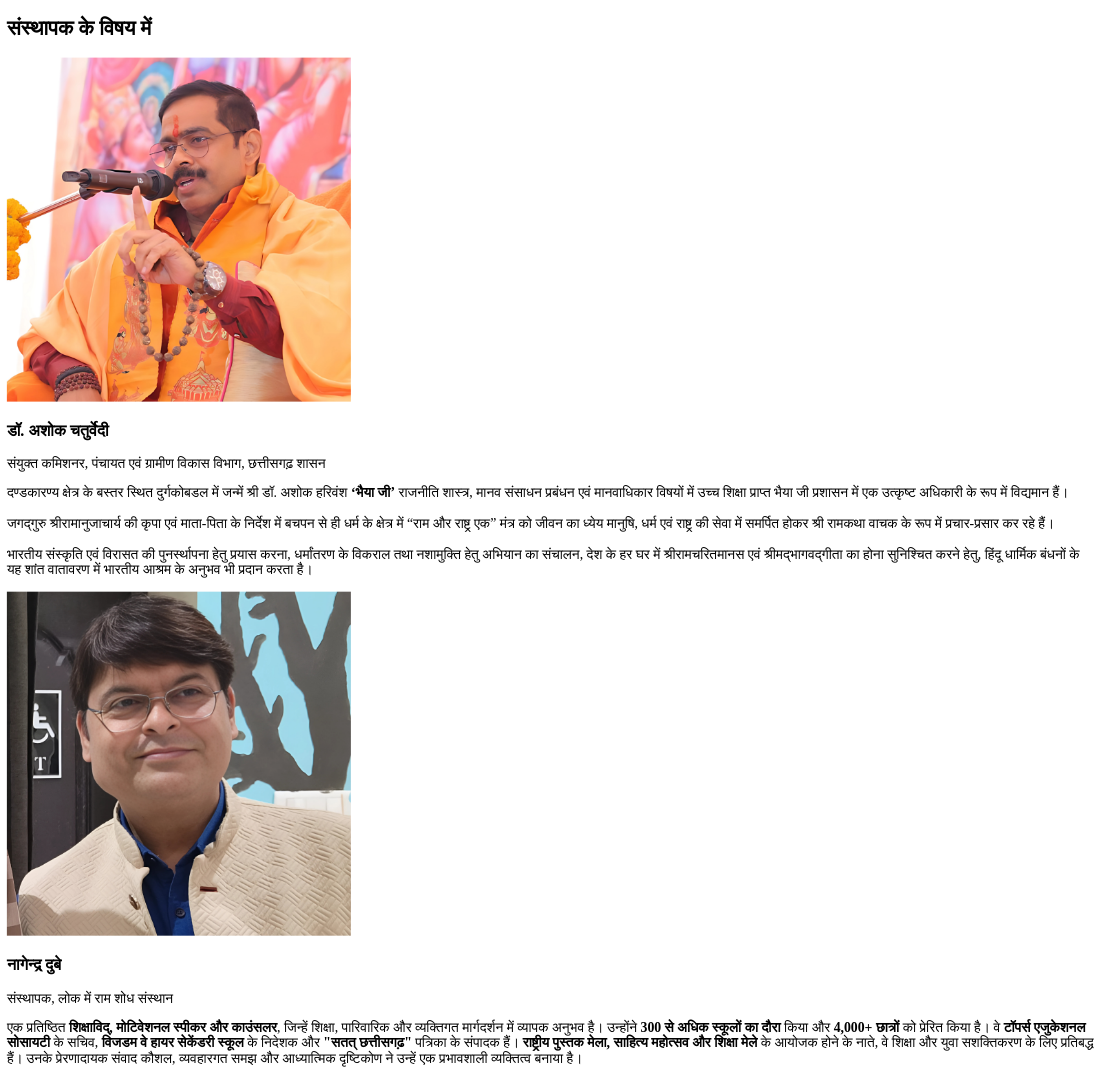
Repository: as-avni/lokmeeram
Page: /founder
An editor plug-in stored every save of this project. The page is shown before and after a run of saves, followed by the edit.
The browser window is 1280 px wide. The pictures show the whole page, at 86% of full size.
The project was rebuilt for these pictures with package versions that can differ from the ones it lists, and the page was loaded fresh each time. The framework's server and built-in components were replaced by stand-ins that run in the browser. Also part of the build but not shown: next.config.ts.

Above is the page before, as saved 2025-06-27 05:45:42.

After the next 2 saves:
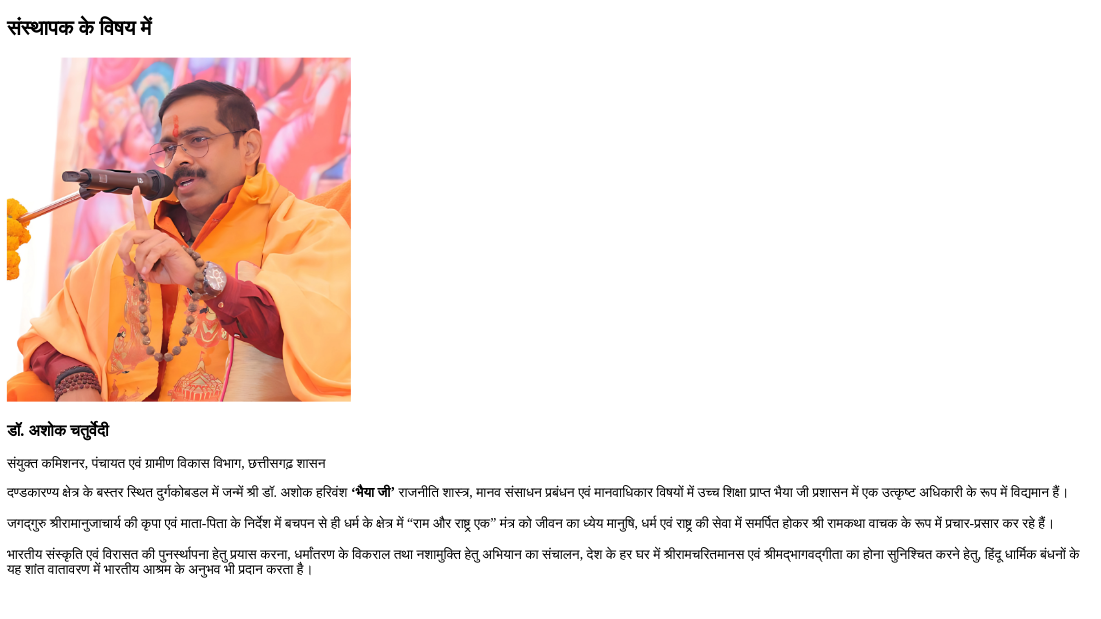
The 2 saves are shown as one change because they came seconds apart.
The last was saved 26 s later.
--- a/src/app/founder/page.tsx
+++ b/src/app/founder/page.tsx
@@ -102,7 +102,7 @@ export default function Founders() {
                         </p>
                     </div>
 
-                    {/* Nagendra Dubey */}
+                    {/* Nagendra Dubey
                     <div className="p-6 bg-orange-200 shadow-lg shadow-black">
                         <div className="aspect-square relative mb-4 rounded-lg overflow-hidden">
                             <Image
@@ -120,7 +120,7 @@ export default function Founders() {
                         <p className="text-lg text-gray-500 text-justify">
                             एक प्रतिष्ठित <strong>शिक्षाविद्, मोटिवेशनल स्पीकर और काउंसलर</strong>, जिन्हें शिक्षा, पारिवारिक और व्यक्तिगत मार्गदर्शन में व्यापक अनुभव है। उन्होंने <strong>300 से अधिक स्कूलों का दौरा</strong> किया और <strong>4,000+ छात्रों</strong> को प्रेरित किया है। वे <strong>टॉपर्स एजुकेशनल सोसायटी</strong> के सचिव, <strong>विजडम वे हायर सेकेंडरी स्कूल</strong> के निदेशक और <strong>"सतत् छत्तीसगढ़"</strong> पत्रिका के संपादक हैं। <strong>राष्ट्रीय पुस्तक मेला, साहित्य महोत्सव और शिक्षा मेले</strong> के आयोजक होने के नाते, वे शिक्षा और युवा सशक्तिकरण के लिए प्रतिबद्ध हैं। उनके प्रेरणादायक संवाद कौशल, व्यवहारगत समझ और आध्यात्मिक दृष्टिकोण ने उन्हें एक प्रभावशाली व्यक्तित्व बनाया है।
                         </p>
-                    </div>
+                    </div> */}
                 </div>
             </div>
         </section>
